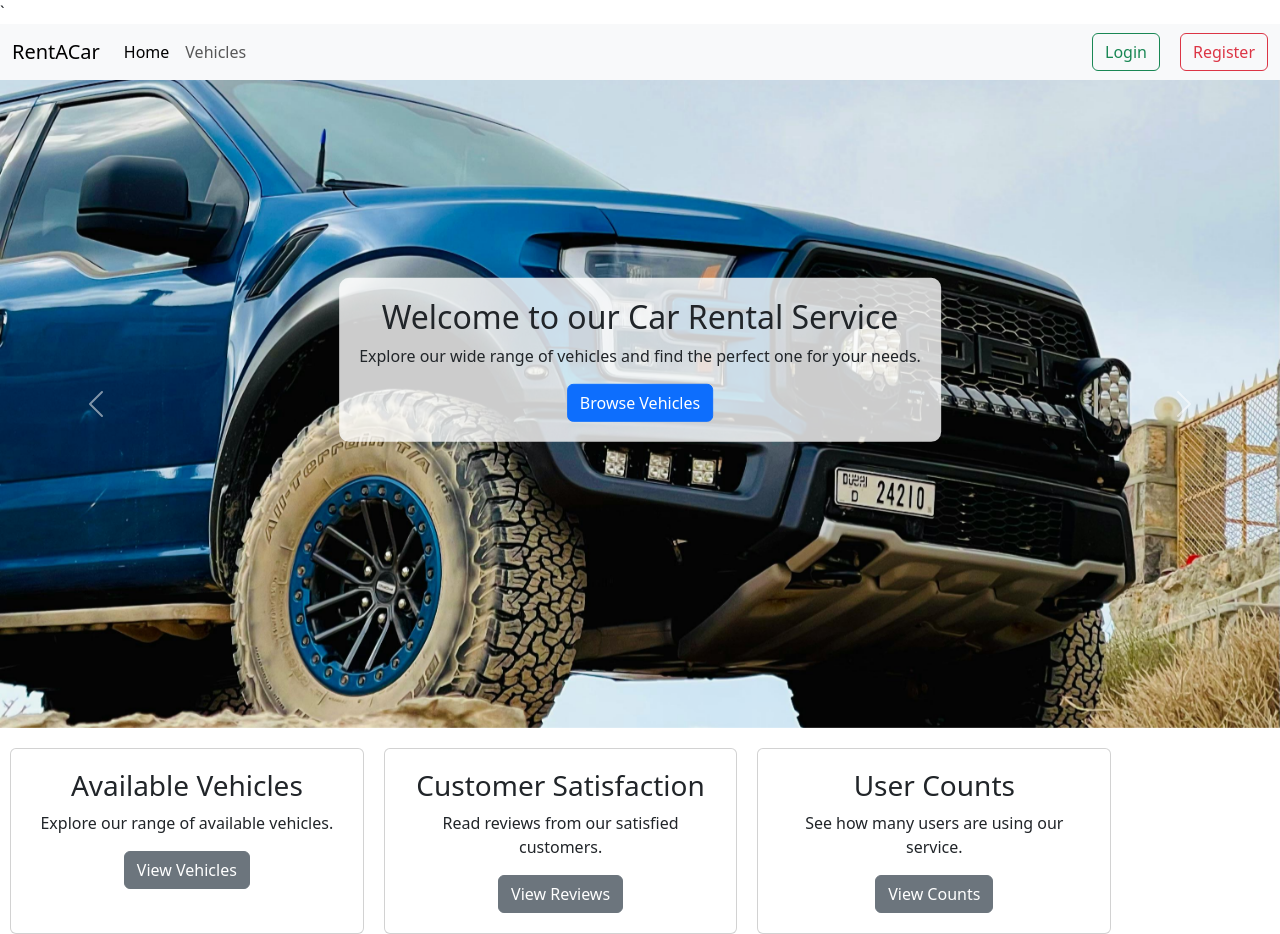
Repository: VimashaVishvani/VehicleRental
Page: http://localhost/Vehicle_rentalDb/
The author's editor kept a copy of each file at every save. The page is drawn from the files as they stood at one save, then again after the next save.
The browser window is 1280 px wide. The pictures show the whole page.
The page is served by Tomcat 9. Other server files are loaded and not shown.

Above is the page before, as saved 2024-05-04 19:24:59.

### Vehicle_rentalDb/src/main/webapp/index.jsp
<%@ page language="java" contentType="text/html; charset=ISO-8859-1"
    pageEncoding="ISO-8859-1"%>
<!DOCTYPE html>
<html>
<head>
  <link href="https://cdn.jsdelivr.net/npm/bootstrap@5.3.3/dist/css/bootstrap.min.css" rel="stylesheet" integrity="sha384-QWTKZyjpPEjISv5WaRU9OFeRpok6YctnYmDr5pNlyT2bRjXh0JMhjY6hW+ALEwIH" crossorigin="anonymous">
` <script src="https://cdn.jsdelivr.net/npm/bootstrap@5.3.3/dist/js/bootstrap.bundle.min.js" integrity="sha384-YvpcrYf0tY3lHB60NNkmXc5s9fDVZLESaAA55NDzOxhy9GkcIdslK1eN7N6jIeHz" crossorigin="anonymous"></script>
<meta charset="ISO-8859-1">
<title>Insert title</title>


<style>
.courosalImages{
    height:90vh;
    object-fit:cover;
}
.overlay-content{
    position: absolute;
    top: 50%;
    left: 50%;
    transform: translate(-50%, -50%);
    z-index: 1000; /* Make sure this value is higher than the z-index of the carousel */
    background-color: rgba(255, 255, 255, 0.8); /* Add a background color with some transparency */
    padding: 20px;
    border-radius: 10px;
    text-align: center;
}
.carousel{
    z-index:1;
}

/* Additional styling for the new sections */
.section {
    display: flex;
    position:absolute;
    justify-content: space-around;
    margin-top: 20px;
}

.section .card {
    flex: 1;
    margin: 0 10px;
}

.section .card-body {
    text-align: center;
    padding: 20px;
}

</style>
</head>
<body  style="padding-top:0;">

<nav class="navbar navbar-expand-lg bg-body-tertiary" style="margine-top:-5%;">
  <div class="container-fluid">
    <a class="navbar-brand" href="#">RentACar</a>
    <button class="navbar-toggler" type="button" data-bs-toggle="collapse" data-bs-target="#navbarSupportedContent" aria-controls="navbarSupportedContent" aria-expanded="false" aria-label="Toggle navigation">
      <span class="navbar-toggler-icon"></span>
    </button>
    <div class="collapse navbar-collapse" id="navbarSupportedContent">
      <ul class="navbar-nav me-auto mb-2 mb-lg-0">
        <li class="nav-item">
          <a class="nav-link active" aria-current="page" href="#">Home</a>
        </li>
        <li class="nav-item">
          <a class="nav-link" href="#">Vehicles</a>
        </li>

      </ul>

      <button class="btn btn-outline-success"  style="margin-right:20px;">Login</button>

      <button class="btn btn-outline-danger"  >Register</button>
    </div>
  </div>
</nav>


<div id="carouselExample" class="carousel slide">
  <div class="carousel-inner">
    <div class="carousel-item active">
      <img src="images/landingPage/1.jpg" class="d-block w-100 courosalImages" alt="...">
    </div>
    <div class="carousel-item">
      <img src="images/landingPage/2.jpg" class="d-block w-100 courosalImages" alt="...">
    </div>
    <div class="carousel-item">
      <img src="images/landingPage/3.jpg" class="d-block w-100 courosalImages" alt="...">
    </div>
  </div>
  <button class="carousel-control-prev" type="button" data-bs-target="#carouselExample" data-bs-slide="prev">
    <span class="carousel-control-prev-icon" aria-hidden="true"></span>
    <span class="visually-hidden">Previous</span>
  </button>
  <button class="carousel-control-next" type="button" data-bs-target="#carouselExample" data-bs-slide="next">
    <span class="carousel-control-next-icon" aria-hidden="true"></span>
    <span class="visually-hidden">Next</span>
  </button>
</div>

<div class="overlay-content">
    <h2>Welcome to our Car Rental Service</h2>
    <p>Explore our wide range of vehicles and find the perfect one for your needs.</p>
    <a href="#" class="btn btn-primary">Browse Vehicles</a>
</div>

<!-- New Sections -->
<div class="section">
    <div class="card">
        <div class="card-body">
            <h3>Available Vehicles</h3>
            <p>Explore our range of available vehicles.</p>
            <a href="#" class="btn btn-secondary">View Vehicles</a>
        </div>
    </div>
    <div class="card">
        <div class="card-body">
            <h3>Customer Satisfaction</h3>
            <p>Read reviews from our satisfied customers.</p>
            <a href="#" class="btn btn-secondary">View Reviews</a>
        </div>
    </div>
    <div class="card">
        <div class="card-body">
            <h3>User Counts</h3>
            <p>See how many users are using our service.</p>
            <a href="#" class="btn btn-secondary">View Counts</a>
        </div>
    </div>
</div>

</body>
</html>

After the next save:
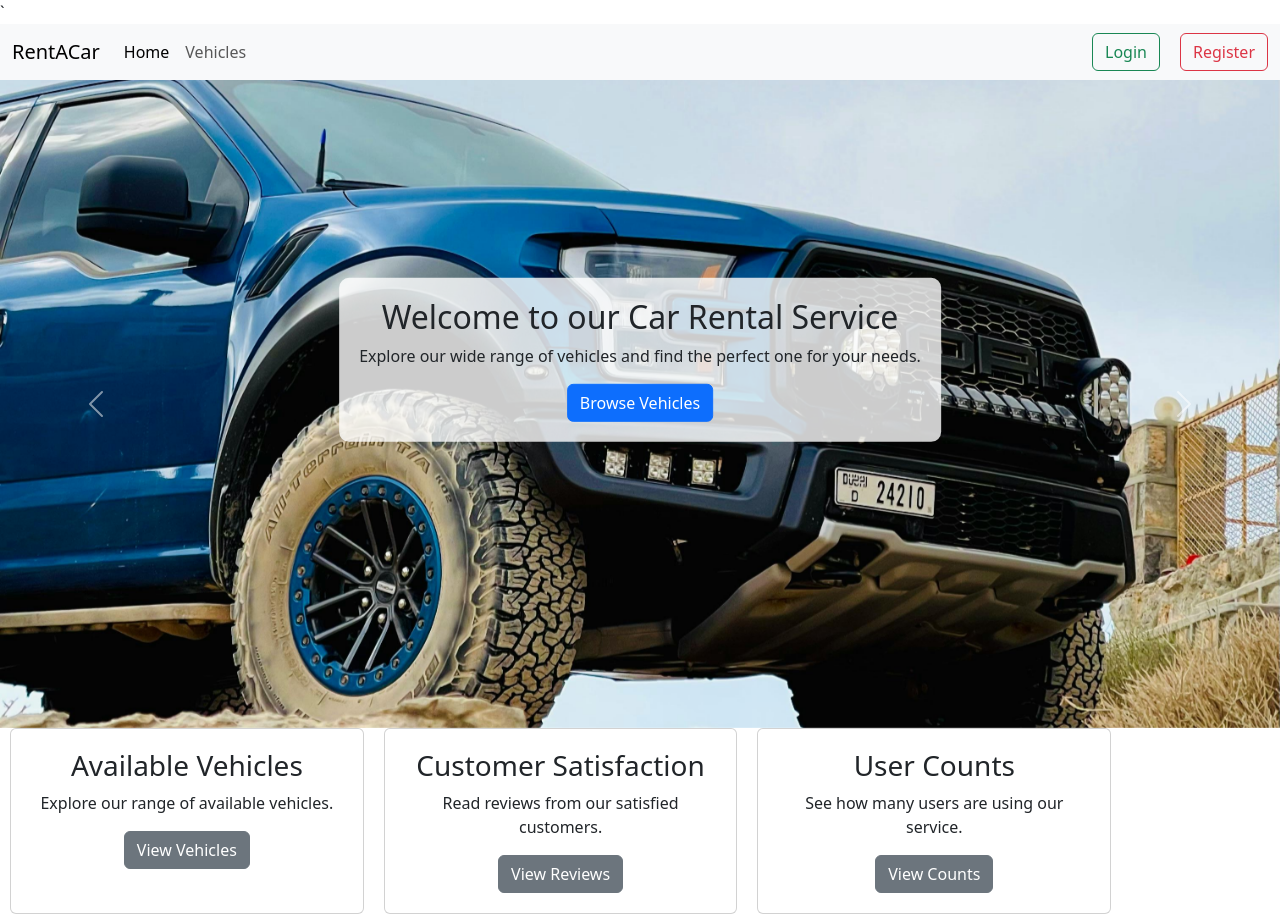
Saved 32 s later.
--- a/Vehicle_rentalDb/src/main/webapp/index.jsp
+++ b/Vehicle_rentalDb/src/main/webapp/index.jsp
@@ -34,7 +34,7 @@
     display: flex;
     position:absolute;
     justify-content: space-around;
-    margin-top: 20px;
+    z-index:100;
 }
 
 .section .card {
